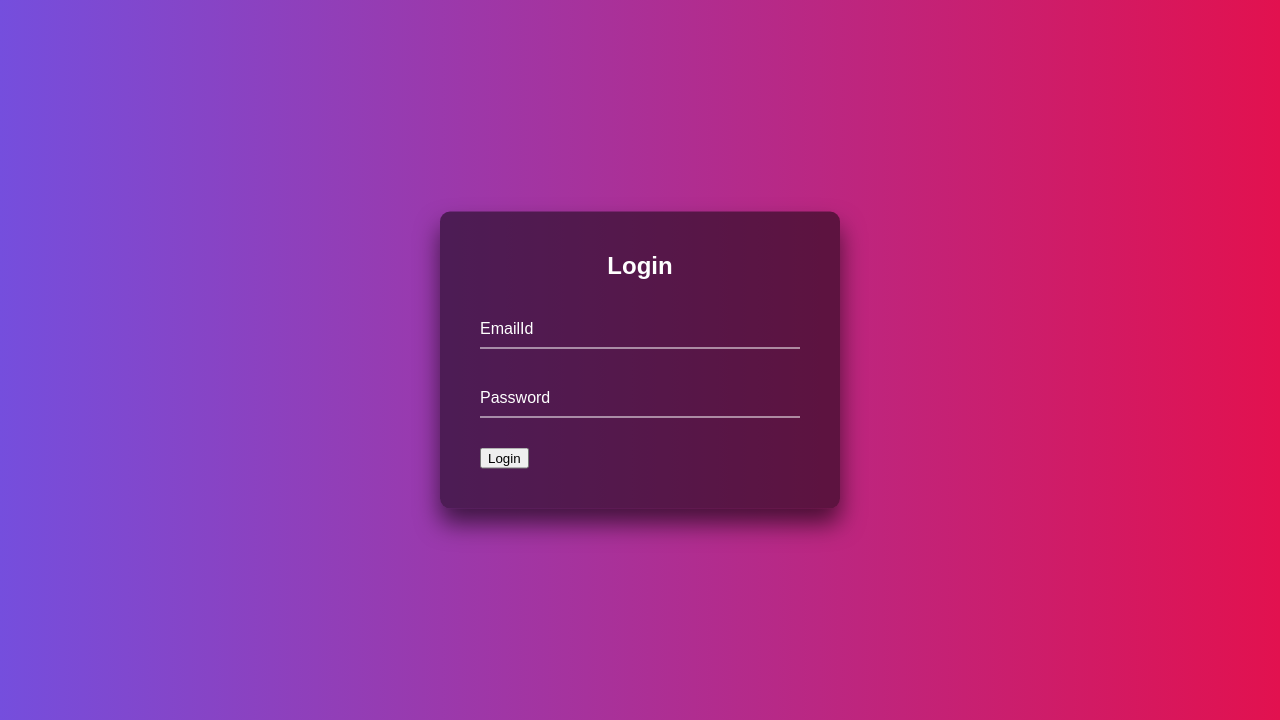
Repository: trilokdav/BATCH9BTR
Page: http://localhost/BusinessTripRequest/
The author's editor kept a copy of each file at every save. The page is drawn from the files as they stood at one save, then again after the next save.
The browser window is 1280 px wide. The pictures show the whole page.
The page is served by Tomcat 9.

Above is the page before, as saved 2022-04-21 06:27:18.
Console error: SyntaxError: Unexpected token '{'

After the next save:
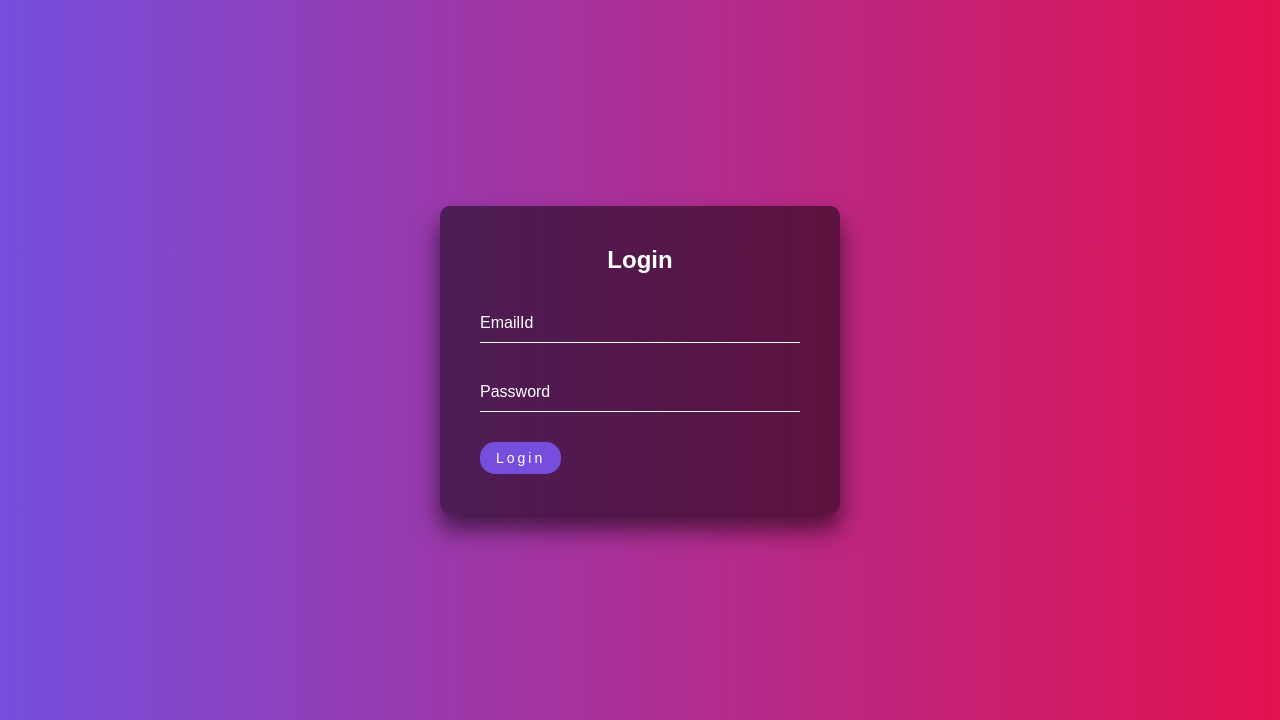
Saved 6 s later.
--- a/TECH9BTR/BusinessTripRequest/src/main/webapp/css/login_style.css
+++ b/TECH9BTR/BusinessTripRequest/src/main/webapp/css/login_style.css
@@ -82,7 +82,7 @@
   border: none;
 }
 
- button {
+ .button {
   position: relative;
   display: inline-block;
   padding: 8px 16px;

After the 2 saves that followed:
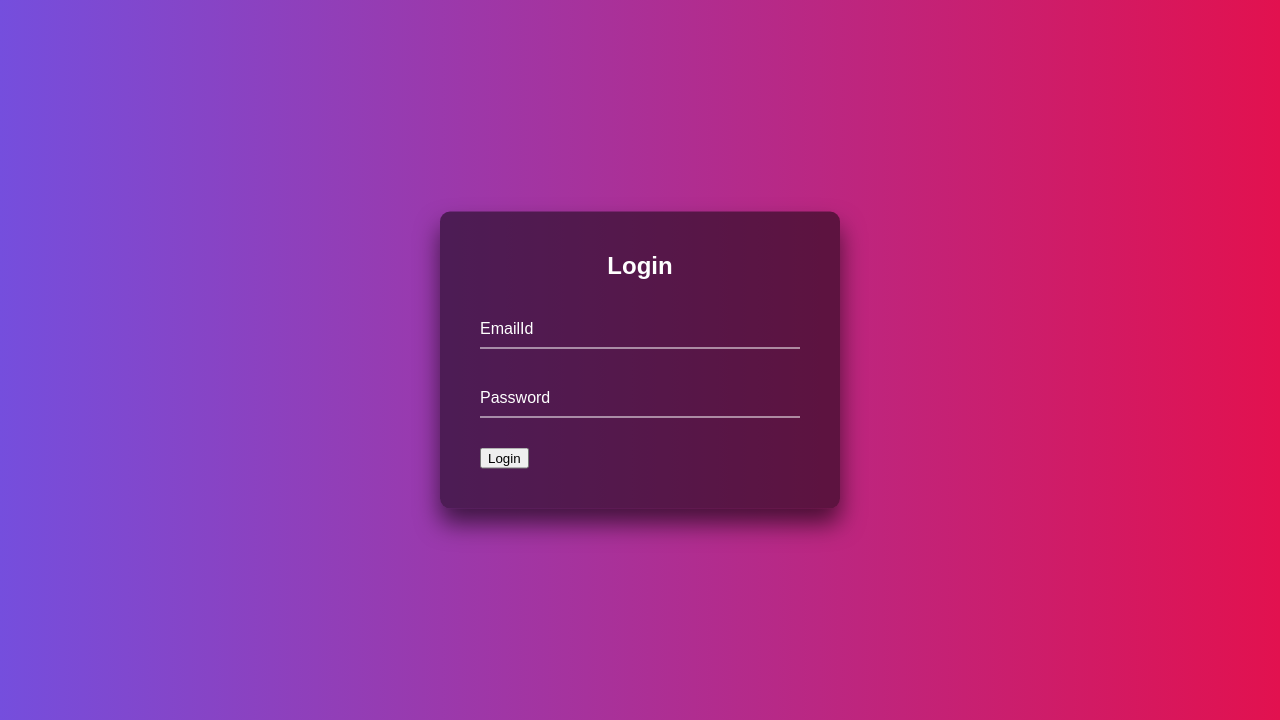
The 2 saves are shown as one change because 1 left the picture as it was.
The last was saved 24 s later.
--- a/TECH9BTR/BusinessTripRequest/src/main/webapp/css/login_style.css
+++ b/TECH9BTR/BusinessTripRequest/src/main/webapp/css/login_style.css
@@ -82,7 +82,7 @@
   border: none;
 }
 
- .button {
+ button {
   position: relative;
   display: inline-block;
   padding: 8px 16px;
